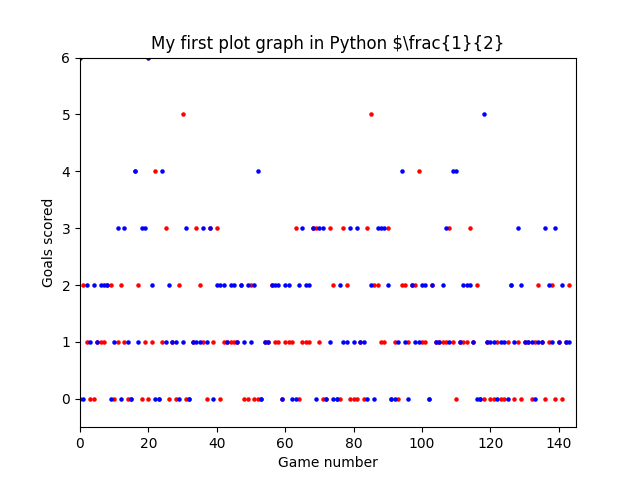
Repository: nelsonalexandrino/python_matplotlib_datavisualization_
Script's output: python LineAndScatterSplots.py
These files come from the project's save history. The script's output is drawn as it stood at one moment and after the next save; the edit follows.
Random numbers start from a fixed seed.

Above is the script's output before, as saved 2019-08-25 11:48:08.

After the next save:
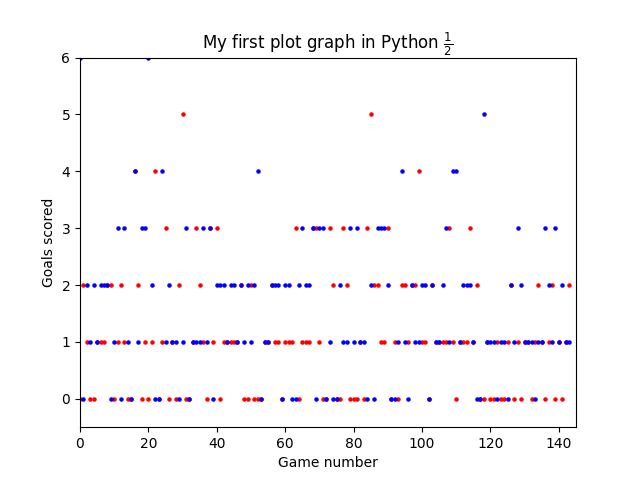
Saved 14 s later.
--- a/LineAndScatterSplots.py
+++ b/LineAndScatterSplots.py
@@ -12,7 +12,7 @@ for i in range(len(HomeTeamGoals)):
 
 #pyplot.plot(xAxis, AwayTeamGoals, c='red')
 pyplot.scatter(xAxis, AwayTeamGoals, c='red', s=5)
-pyplot.title(r'My first plot graph in Python $\frac{1}{2}')
+pyplot.title(r'My first plot graph in Python $\frac{1}{2}$')
 pyplot.scatter(xAxis, HomeTeamGoals, c='blue', s=5)
 pyplot.xlim(0, 145)
 pyplot.ylim(-0.5, 6)
